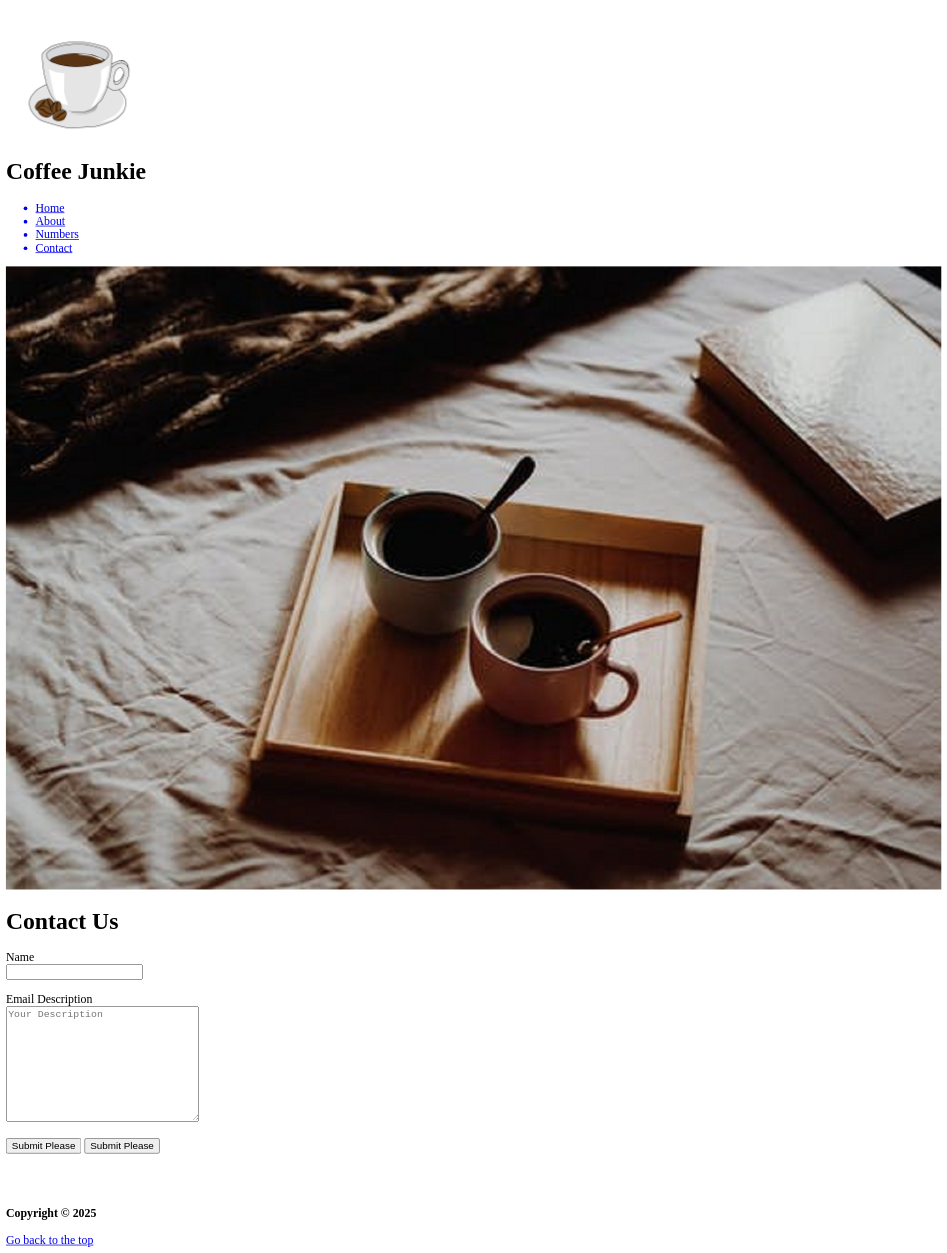
Repository: Tranghii/HTML-CSS
Page: HTML&CSS/miniExercise/contact.html
The author's editor kept a copy of each file at every save. The page is drawn from the files as they stood at one save, then again after a run of saves.
The browser window is 1280 px wide. The pictures show the whole page, at 74% of full size.

Above is the page before, as saved 2025-10-11 22:33:28.

### HTML&CSS/miniExercise/contact.html
<!DOCTYPE html>
<html lang="en">
<head>
    <meta charset="UTF-8">
    <meta name="viewport" content="width=device-width, initial-scale=1.0">
    <title>Coffee Junkie Contact</title>
</head>
<body>
    <div>
        <img id="top" src="images/coffeelogo.png" height="180" alt="coffee">
        <h1>Coffee Junkie</h1>
        <ul>
            <a href="#"><li>Home</li></a>
            <a href="about.html"><li>About</li></a>
            <a href="number.html"><li>Numbers</li></a>
            <a href="contact.html"><li>Contact</li></a>
        </ul>
        <img src="images/coffeeimage.jpeg" width="100%" alt="coffee">

        <div id="contact">
            <form action="">
                <h1>Contact Us</h1>
                <label for="">Name</label> <br>
                <input type="text" name="Name" id="">
                <br><br>
                <label for="">Email</label>
                <label for="">Description</label><br>
                <textarea name="" id="" cols="30" rows="10" placeholder="Your Description"></textarea><br><br>
            <input type="submit" name="" value="Submit Please">
            <button type="submit"> Submit Please</button>
            </form>
            <br><br><br><br>
            <strong>Copyright &copy; 2025</strong><br><br>
            <a href="#top">Go back to the top</a>
        </div>
    </div>


</body>
</html>

After the next 3 saves:
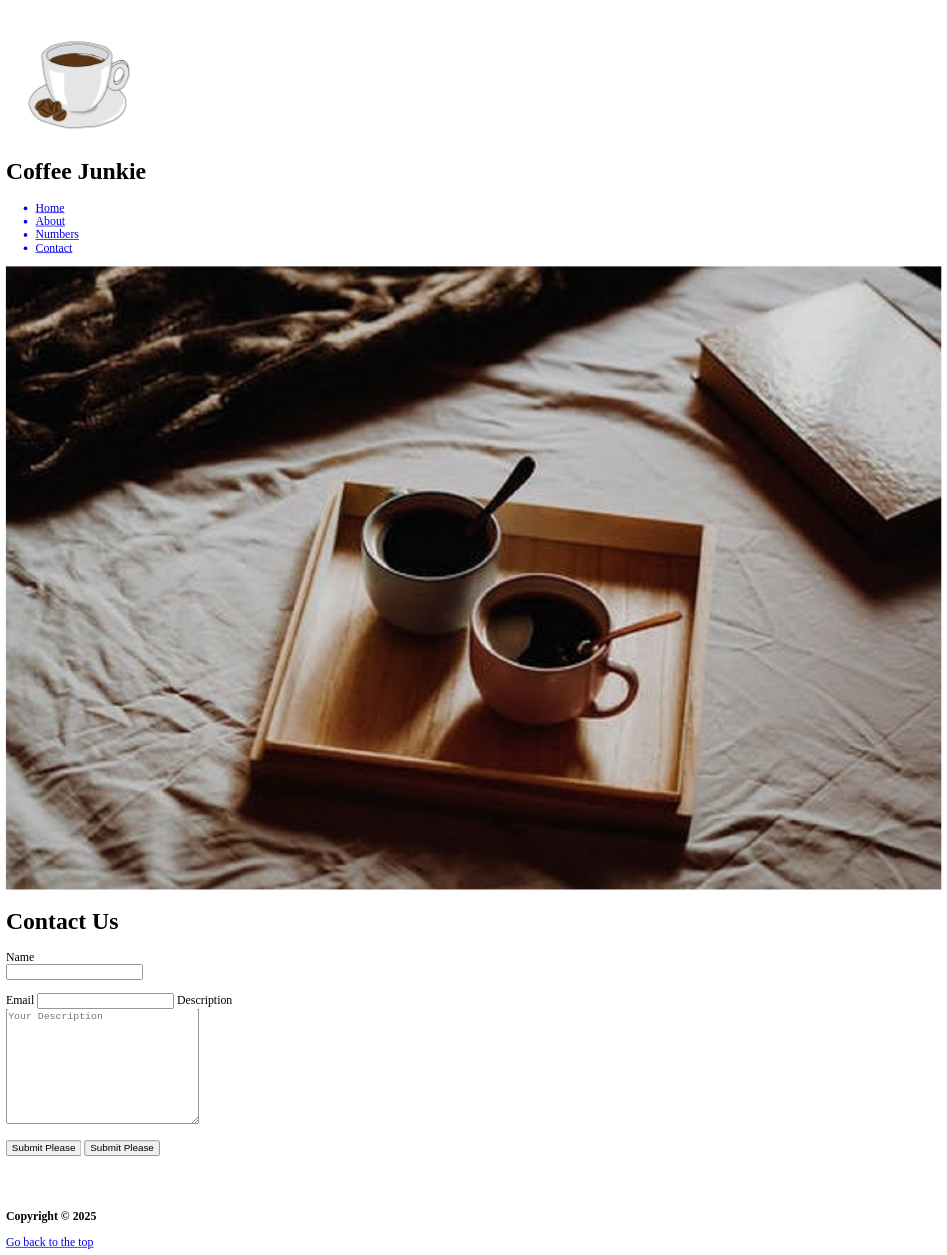
The 3 saves are shown as one change because they came seconds apart.
The last was saved 10 s later.
--- a/HTML&CSS/miniExercise/contact.html
+++ b/HTML&CSS/miniExercise/contact.html
@@ -24,6 +24,7 @@
                 <input type="text" name="Name" id="">
                 <br><br>
                 <label for="">Email</label>
+                <input type="email" name="" id="">
                 <label for="">Description</label><br>
                 <textarea name="" id="" cols="30" rows="10" placeholder="Your Description"></textarea><br><br>
             <input type="submit" name="" value="Submit Please">
